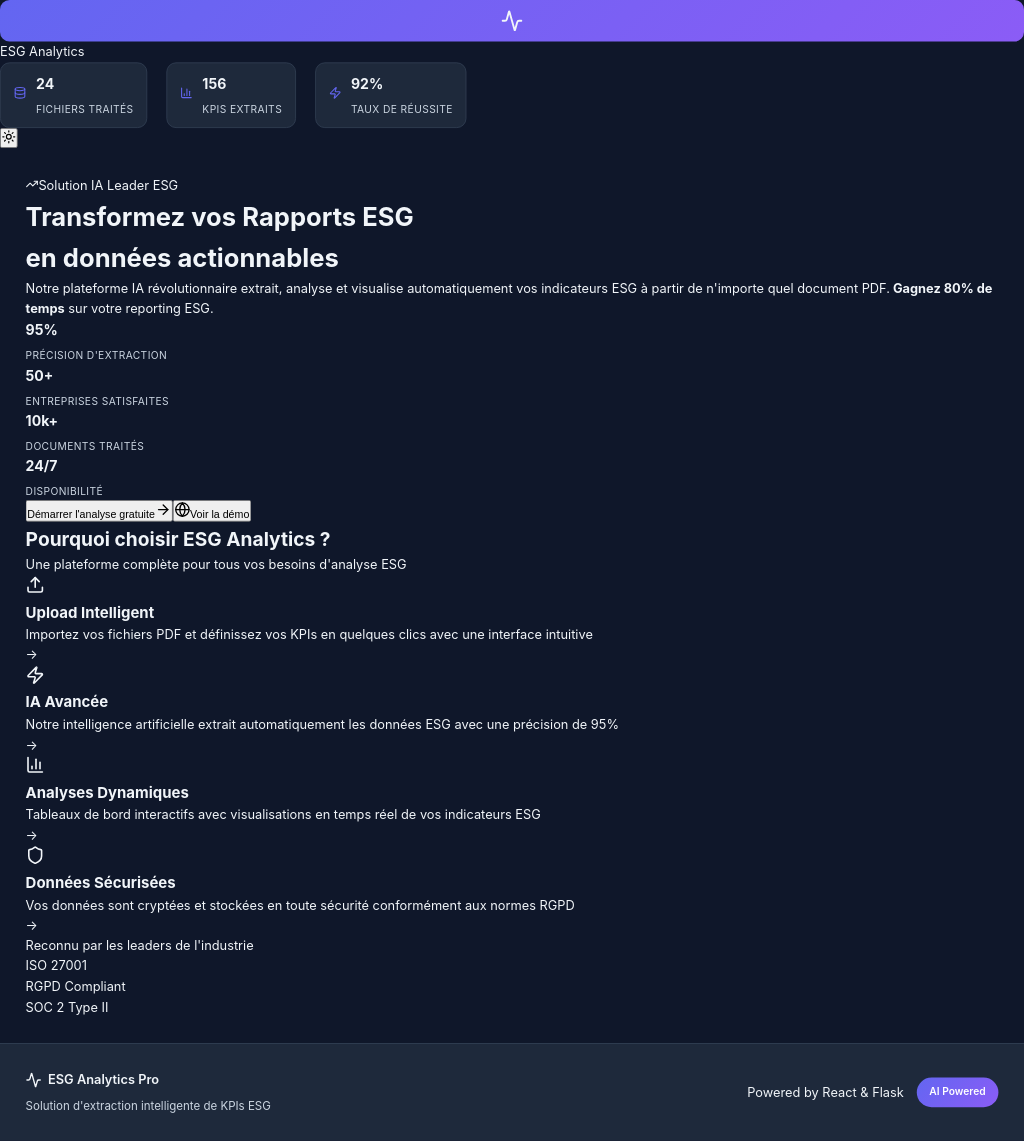
Repository: MaycemSaad/ESG_banchmarking_Project
Page: / (app in frontend/)
These files come from the project's save history. The page is drawn as it stood at one moment and after the next save; the edit follows.
The browser window is 1280 px wide. The pictures show the whole page, at 80% of full size.
The project was rebuilt for these pictures with package versions that can differ from the ones it lists, and the page was loaded fresh each time. Also part of the build but not shown: frontend/src/components/FileUpload.css, frontend/src/components/FileUpload.js, frontend/src/components/FileAnalysis.css, frontend/src/components/FileAnalysis.js, frontend/src/components/Dashboard.css, frontend/src/components/Dashboard.js, frontend/src/components/Statistics.js, frontend/src/components/CompanyAnalysis.css and 3 more.

Above is the page before, as saved 2025-10-25 21:38:13.

### frontend/public/index.html
<!DOCTYPE html>
<html lang="en">
  <head>
    <meta charset="utf-8" />
    <link rel="icon" href="%PUBLIC_URL%/favicon.ico" />
    <meta name="viewport" content="width=device-width, initial-scale=1" />
    <meta name="theme-color" content="#000000" />
    <meta
      name="description"
      content="ESG KPI Extractor - Visual interface for ESG KPI extraction"
    />
    <title>ESG KPI Extractor</title>
  </head>
  <body>
    <noscript>You need to enable JavaScript to run this app.</noscript>
    <div id="root"></div>
  </body>
</html>

### frontend/src/index.css
body {
  margin: 0;
  font-family: -apple-system, BlinkMacSystemFont, 'Segoe UI', 'Roboto', 'Oxygen',
    'Ubuntu', 'Cantarell', 'Fira Sans', 'Droid Sans', 'Helvetica Neue',
    sans-serif;
  -webkit-font-smoothing: antialiased;
  -moz-osx-font-smoothing: grayscale;
  background-color: #f8f9fa;
}

code {
  font-family: source-code-pro, Menlo, Monaco, Consolas, 'Courier New',
    monospace;
}

* {
  box-sizing: border-box;
}

#root {
  min-height: 100vh;
}

### frontend/src/App.js
import React, { useState, useEffect } from 'react';
import Home from './components/Home';
import FileUpload from './components/FileUpload';
import FileAnalysis from './components/FileAnalysis';
import Dashboard from './components/Dashboard';
import Statistics from './components/Statistics';
import CompanyAnalysis from './components/CompanyAnalysis';
import Comparisons from './components/Comparisons';
import apiService from './services/api';
import {
  Home as HomeIcon,
  Upload,
  Search,
  BarChart3,
  X,
  Moon,
  Sun,
  Database,
  Zap,
  Activity,
  TrendingUp,
  Users,
  GitCompare
} from 'lucide-react';
import './App.css';

function App() {
  const [activeTab, setActiveTab] = useState('home');
  const [processing, setProcessing] = useState(false);
  const [processResult, setProcessResult] = useState(null);
  const [currentFileData, setCurrentFileData] = useState(null);
  const [darkMode, setDarkMode] = useState(true);
  const [showResults, setShowResults] = useState(false);

  useEffect(() => {
    if (darkMode) {
      document.body.classList.add('dark-mode');
      document.body.classList.remove('light-mode');
    } else {
      document.body.classList.add('light-mode');
      document.body.classList.remove('dark-mode');
    }
  }, [darkMode]);

  const handleProcess = async (kpiFile, pdfFile, minConfidence, rerunIfExists) => {
    try {
      setProcessing(true);
      setProcessResult(null);
      setCurrentFileData(null);

      const response = await apiService.processPDF(kpiFile, pdfFile, minConfidence, rerunIfExists);

      if (response.data.processed) {
        const resultData = {
          ...response.data,
          kpiFile: kpiFile.name,
          pdfFile: pdfFile.name,
          minConfidence: minConfidence
        };

        setCurrentFileData(resultData);
        setProcessResult({
          success: true,
          data: resultData,
          message: `${response.data.new_kpis_extracted} nouveaux KPIs extraits de ${response.data.pdf_name}.`
        });

        setShowResults(true);
        setActiveTab('analysis');
      } else {
        setProcessResult({
          success: false,
          message: response.data.warning || 'Traitement terminé mais aucun nouveau KPI extrait'
        });
      }

    } catch (error) {
      setProcessResult({
        success: false,
        message: error.message || 'Échec du traitement'
      });
    } finally {
      setProcessing(false);
    }
  };

  const handleViewGlobalDashboard = () => {
    setActiveTab('dashboard');
    setShowResults(true);
  };

  const handleAnalyzeAnotherFile = () => {
    setCurrentFileData(null);
    setProcessResult(null);
    setActiveTab('upload');
  };

  const handleGetStarted = () => {
    setActiveTab('upload');
    setShowResults(true);
  };

  const handleGoHome = () => {
    setActiveTab('home');
    setProcessResult(null);
    setShowResults(false);
  };

  const toggleTheme = () => {
    setDarkMode(!darkMode);
  };

  const tabs = [
    { id: 'home', label: 'Accueil', icon: <HomeIcon size={20} /> },
    { id: 'upload', label: 'Traitement', icon: <Upload size={20} /> },
    { id: 'analysis', label: 'Analyse Fichier', icon: <Search size={20} /> },
    { id: 'dashboard', label: 'Dashboard Global', icon: <BarChart3 size={20} /> },
    { id: 'statistics', label: 'Statistiques', icon: <TrendingUp size={20} /> },
    { id: 'comparisons', label: 'Comparaisons', icon: <GitCompare size={20} /> },
    { id: 'company-analysis', label: 'Analyse Entreprise', icon: <Users size={20} /> }
  ];

  const quickStats = [
    { label: 'Fichiers traités', value: '24', icon: <Database size={16} /> },
    { label: 'KPIs extraits', value: '156', icon: <BarChart3 size={16} /> },
    { label: 'Taux de réussite', value: '92%', icon: <Zap size={16} /> }
  ];

  return (
    <div className={`App ${darkMode ? 'dark' : 'light'}`}>
      {/* Navigation principale */}
      <nav className="main-nav">
        <div className="nav-container">
          <div className="nav-brand">
            <div className="logo">
              <Activity size={28} />
            </div>
            <span className="brand-name">ESG Analytics</span>
          </div>

          <div className="nav-controls">
            <div className="quick-stats">
              {quickStats.map((stat, index) => (
                <div key={index} className="stat-item">
                  <span className="stat-icon">{stat.icon}</span>
                  <div className="stat-info">
                    <span className="stat-value">{stat.value}</span>
                    <span className="stat-label">{stat.label}</span>
                  </div>
                </div>
              ))}
            </div>

            <button className="theme-toggle" onClick={toggleTheme}>
              {darkMode ? <Sun size={18} /> : <Moon size={18} />}
            </button>

            {showResults && (
              <button className="nav-button" onClick={handleGoHome}>
                <HomeIcon size={18} />
                Accueil
              </button>
            )}
          </div>
        </div>
      </nav>

      {/* Navigation des onglets - seulement quand on n'est pas sur l'accueil */}
      {showResults && (
        <div className="tab-nav">
          <div className="tab-container">
            {tabs.map(tab => (
              <button
                key={tab.id}
                className={`tab-button ${activeTab === tab.id ? 'active' : ''}`}
                onClick={() => setActiveTab(tab.id)}
                disabled={(tab.id === 'analysis' && !currentFileData) ||
                         (tab.id === 'home')}
              >
                <span className="tab-icon">{tab.icon}</span>
                <span className="tab-label">{tab.label}</span>
                {activeTab === tab.id && <div className="active-indicator" />}
              </button>
            ))}
          </div>
        </div>
      )}

      <main className="app-main">
        {/* Notification des résultats */}
        {processResult && showResults && (
          <div className={`process-result ${processResult.success ? 'success' : 'error'}`}>
            <div className="result-content">
              <div className="result-header">
                <div className="result-icon">
                  {processResult.success ? '✅' : '❌'}
                </div>
                <div className="result-text">
                  <h4>{processResult.success ? 'Traitement Réussi' : 'Échec du Traitement'}</h4>
                  <p>{processResult.message}</p>
                </div>
              </div>
              {processResult.success && (
                <div className="result-actions">
                  <button
                    onClick={() => setActiveTab('analysis')}
                    className="action-btn primary"
                  >
                    <Search size={16} />
                    Voir l'Analyse
                  </button>
                  <button
                    onClick={handleViewGlobalDashboard}
                    className="action-btn secondary"
                  >
                    <BarChart3 size={16} />
                    Tableau de Bord
                  </button>
                </div>
              )}
            </div>
            <button
              onClick={() => setProcessResult(null)}
              className="close-result"
            >
              <X size={16} />
            </button>
          </div>
        )}

        {/* Contenu principal */}
        <div className="main-content">
          {!showResults && (
            <Home onGetStarted={handleGetStarted} darkMode={darkMode} />
          )}

          {showResults && (
            <div className="results-container">
              {activeTab === 'upload' && (
                <FileUpload
                  onProcess={handleProcess}
                  isLoading={processing}
                  darkMode={darkMode}
                />
              )}
              {activeTab === 'analysis' && currentFileData && (
                <FileAnalysis
                  fileData={currentFileData}
                  onViewGlobalDashboard={handleViewGlobalDashboard}
                  onAnalyzeAnotherFile={handleAnalyzeAnotherFile}
                  darkMode={darkMode}
                />
              )}
              {activeTab === 'dashboard' && (
                <Dashboard darkMode={darkMode} />
              )}
              {activeTab === 'statistics' && (
                <Statistics darkMode={darkMode} />
              )}
              {activeTab === 'comparisons' && (
                <Comparisons darkMode={darkMode} />
              )}
              {activeTab === 'company-analysis' && (
                <CompanyAnalysis darkMode={darkMode} />
              )}
            </div>
          )}
        </div>
      </main>

      {/* Footer */}
      <footer className="app-footer">
        <div className="footer-container">
          <div className="footer-content">
            <div className="footer-brand">
              <div className="footer-logo">
                <Activity size={20} />
                <span>ESG Analytics Pro</span>
              </div>
              <p>Solution d'extraction intelligente de KPIs ESG</p>
            </div>
            <div className="footer-tech">
              <span>Powered by React & Flask</span>
              <span className="tech-badge">AI Powered</span>
            </div>
          </div>
        </div>
      </footer>
    </div>
  );
}

export default App;

### frontend/src/components/Statistics.css
.statistics-container {
  padding: 24px;
  background: #f8f9fa;
  min-height: 100vh;
}

.statistics-container h2 {
  margin-bottom: 24px;
  color: #333;
}

.stats-grid {
  display: grid;
  grid-template-columns: repeat(auto-fit, minmax(200px, 1fr));
  gap: 20px;
  margin-bottom: 32px;
}

.stat-card {
  background: white;
  padding: 24px;
  border-radius: 8px;
  box-shadow: 0 2px 4px rgba(0,0,0,0.1);
  text-align: center;
  border-top: 4px solid #007bff;
}

.stat-number {
  font-size: 2.5rem;
  font-weight: bold;
  color: #007bff;
  margin-bottom: 8px;
}

.stat-value {
  font-size: 1.2rem;
  font-weight: 600;
  color: #28a745;
  margin-bottom: 8px;
}

.stat-label {
  color: #666;
  font-size: 0.9rem;
  text-transform: uppercase;
  letter-spacing: 0.5px;
}

.processed-files {
  background: white;
  padding: 24px;
  border-radius: 8px;
  box-shadow: 0 2px 4px rgba(0,0,0,0.1);
}

.processed-files h3 {
  margin: 0 0 20px 0;
  color: #333;
}

.no-files {
  text-align: center;
  color: #666;
  font-style: italic;
  padding: 40px 20px;
}

.files-list {
  display: flex;
  flex-direction: column;
  gap: 12px;
}

.file-item {
  display: flex;
  justify-content: space-between;
  align-items: center;
  padding: 16px;
  background: #f8f9fa;
  border-radius: 6px;
  border-left: 4px solid #28a745;
}

.file-name {
  font-weight: 600;
  color: #333;
}

.file-count {
  background: #007bff;
  color: white;
  padding: 4px 12px;
  border-radius: 20px;
  font-size: 0.8rem;
  font-weight: 600;
}

.loading, .error, .no-data {
  text-align: center;
  padding: 60px 20px;
  background: white;
  border-radius: 8px;
  box-shadow: 0 2px 4px rgba(0,0,0,0.1);
}

.error h3 {
  color: #dc3545;
  margin-bottom: 8px;
}

.retry-btn {
  background: #007bff;
  color: white;
  border: none;
  padding: 10px 20px;
  border-radius: 6px;
  cursor: pointer;
  margin-top: 12px;
}

.retry-btn:hover {
  background: #0056b3;
}

@media (max-width: 768px) {
  .stats-grid {
    grid-template-columns: 1fr 1fr;
  }

  .file-item {
    flex-direction: column;
    gap: 8px;
    text-align: center;
  }
}

Loaded but not shown: frontend/src/index.js (common file); frontend/src/components/Home.js (147 lines, source omitted); frontend/src/services/api.js (91 lines, source omitted); frontend/src/App.css (590 lines, source omitted)

After the next save:
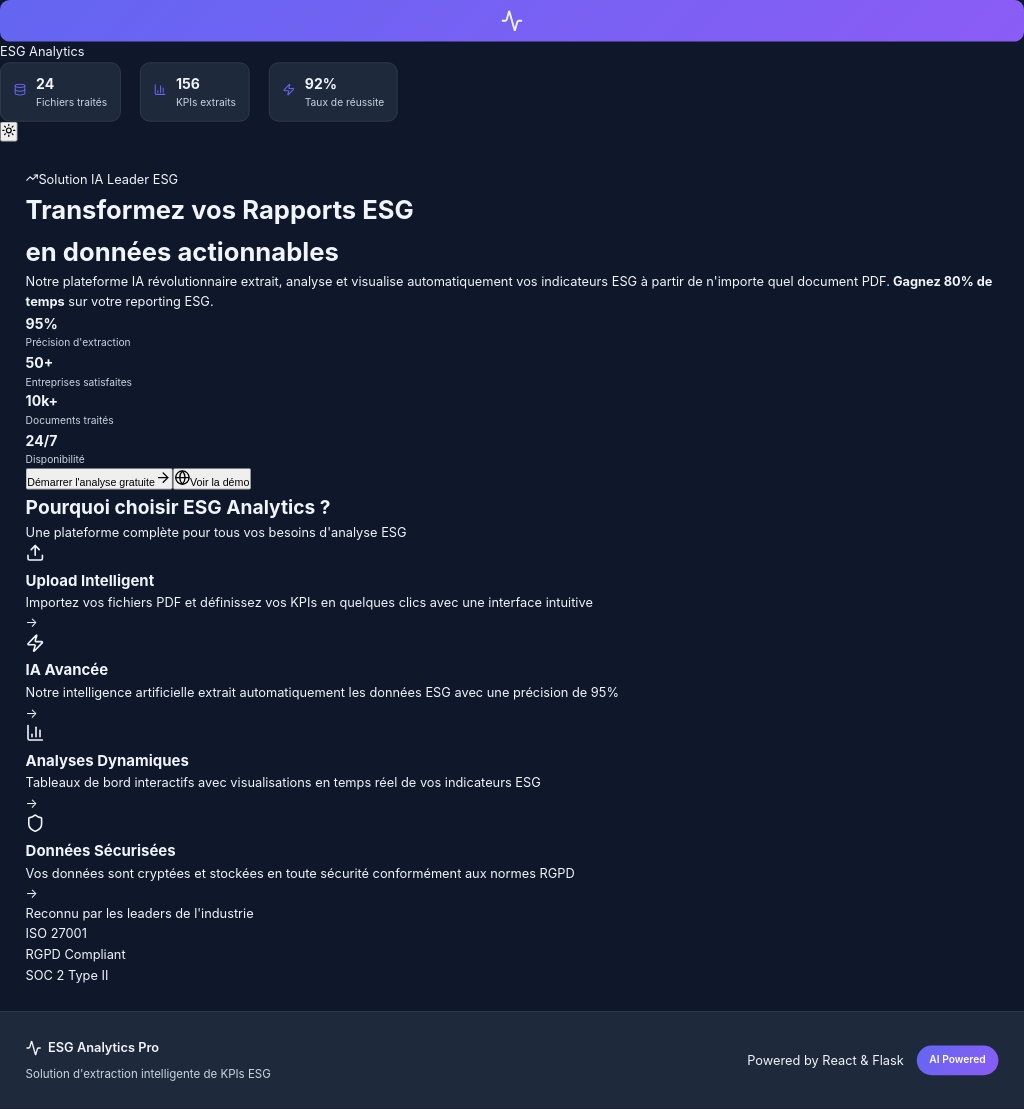
Saved 4 s later.
--- a/frontend/src/App.js
+++ b/frontend/src/App.js
@@ -3,25 +3,8 @@
 import FileUpload from './components/FileUpload';
 import FileAnalysis from './components/FileAnalysis';
 import Dashboard from './components/Dashboard';
-import Statistics from './components/Statistics';
-import CompanyAnalysis from './components/CompanyAnalysis';
-import Comparisons from './components/Comparisons';
 import apiService from './services/api';
-import {
-  Home as HomeIcon,
-  Upload,
-  Search,
-  BarChart3,
-  X,
-  Moon,
-  Sun,
-  Database,
-  Zap,
-  Activity,
-  TrendingUp,
-  Users,
-  GitCompare
-} from 'lucide-react';
+import { Home as HomeIcon, Upload, Search, BarChart3, X, Moon, Sun, Database, Zap, Activity } from 'lucide-react';
 import './App.css';
 
 function App() {
@@ -113,11 +96,8 @@
   const tabs = [
     { id: 'home', label: 'Accueil', icon: <HomeIcon size={20} /> },
     { id: 'upload', label: 'Traitement', icon: <Upload size={20} /> },
-    { id: 'analysis', label: 'Analyse Fichier', icon: <Search size={20} /> },
-    { id: 'dashboard', label: 'Dashboard Global', icon: <BarChart3 size={20} /> },
-    { id: 'statistics', label: 'Statistiques', icon: <TrendingUp size={20} /> },
-    { id: 'comparisons', label: 'Comparaisons', icon: <GitCompare size={20} /> },
-    { id: 'company-analysis', label: 'Analyse Entreprise', icon: <Users size={20} /> }
+    { id: 'analysis', label: 'Analyse', icon: <Search size={20} /> },
+    { id: 'dashboard', label: 'Dashboard', icon: <BarChart3 size={20} /> }
   ];
 
   const quickStats = [
@@ -174,8 +154,7 @@
                 key={tab.id}
                 className={`tab-button ${activeTab === tab.id ? 'active' : ''}`}
                 onClick={() => setActiveTab(tab.id)}
-                disabled={(tab.id === 'analysis' && !currentFileData) ||
-                         (tab.id === 'home')}
+                disabled={tab.id === 'analysis' && !currentFileData}
               >
                 <span className="tab-icon">{tab.icon}</span>
                 <span className="tab-label">{tab.label}</span>
@@ -254,15 +233,6 @@
               {activeTab === 'dashboard' && (
                 <Dashboard darkMode={darkMode} />
               )}
-              {activeTab === 'statistics' && (
-                <Statistics darkMode={darkMode} />
-              )}
-              {activeTab === 'comparisons' && (
-                <Comparisons darkMode={darkMode} />
-              )}
-              {activeTab === 'company-analysis' && (
-                <CompanyAnalysis darkMode={darkMode} />
-              )}
             </div>
           )}
         </div>
